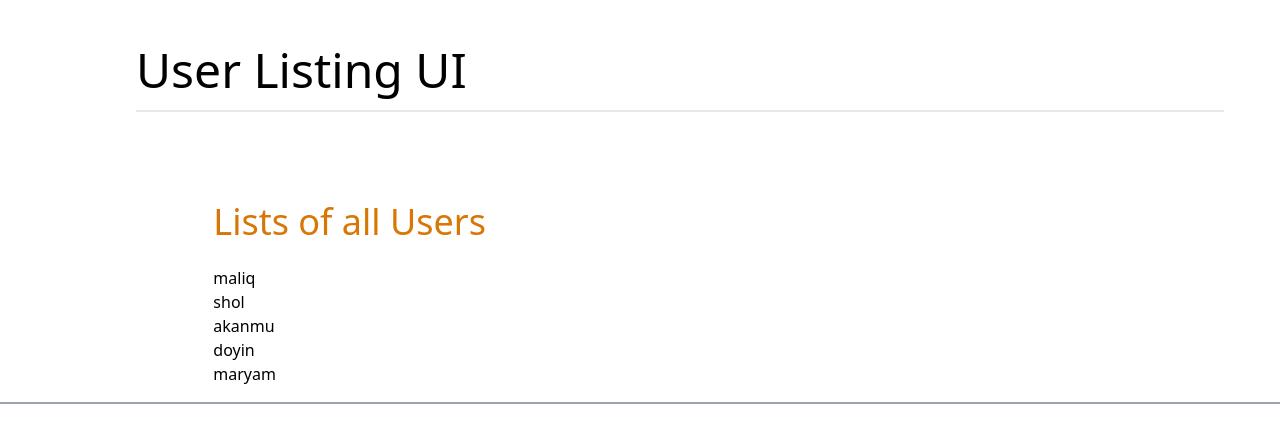
Repository: Marlstergo/listings
Page: / (app in client/)
These files come from the project's save history. The page is drawn as it stood at one moment and after the next save; the edit follows.
The browser window is 1280 px wide. The pictures show the whole page.
The project was rebuilt for these pictures with package versions that can differ from the ones it lists, and the page was loaded fresh each time. Also part of the build but not shown: client/craco.config.js, client/src/components/Loader.js, client/src/components/Order.js, client/src/components/Modal.js. Imported but missing from the stored project, and not drawn on this page: client/src/components/Base, client/src/components/Toppings.

Above is the page before, as saved 2021-07-20 23:39:01.

After the next save:
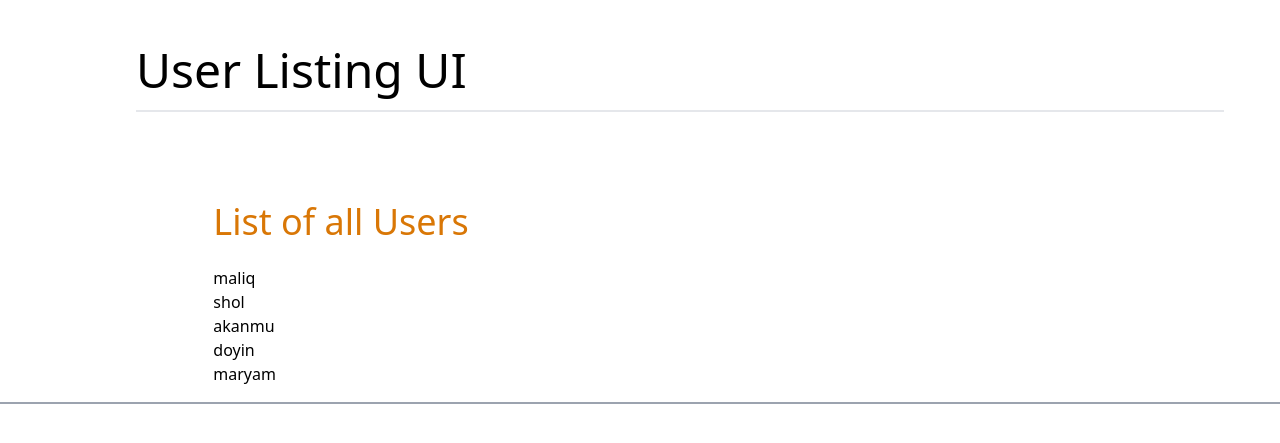
Saved 28 s later.
--- a/client/src/components/Home.js
+++ b/client/src/components/Home.js
@@ -29,7 +29,7 @@ const Home = () => {
       exit="exit"
     >
       <div className="w-2/3 ">
-        <h1 className="text-yellow-600 py-6 text-4xl">Lists of all Users</h1>
+        <h1 className="text-yellow-600 py-6 text-4xl">List of all Users</h1>
         <ul className="pl-[15px]">
           {users.map(
             (user , idx) => (
